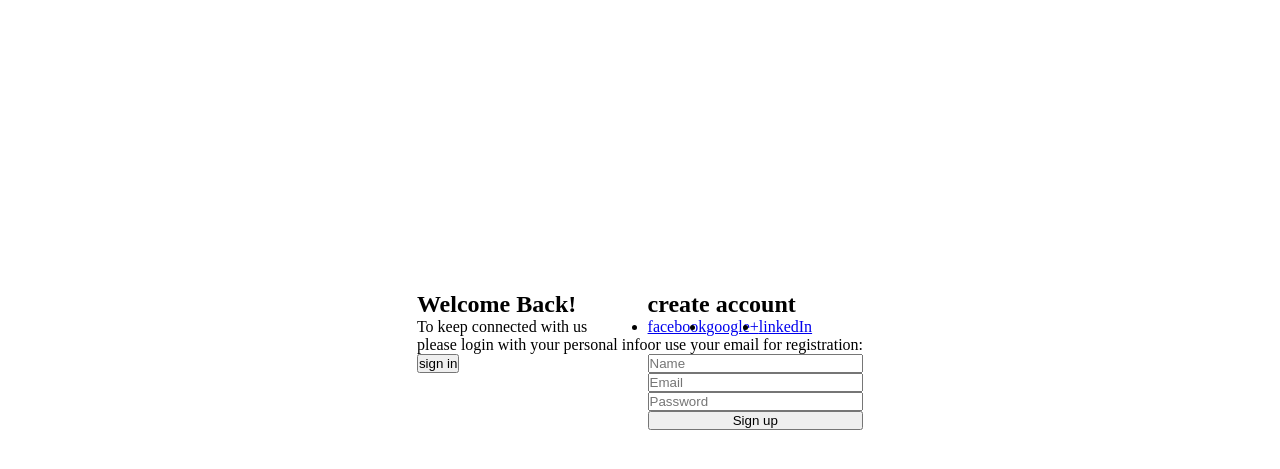
Repository: Gcodeco/ii9Telecom
Page: dist/public/login.html
An editor plug-in stored every save of this project. The page is shown before and after the next save, followed by the edit.
The browser window is 1280 px wide. The pictures show the whole page.

Above is the page before, as saved 2024-10-29 22:07:29.

After the next save:
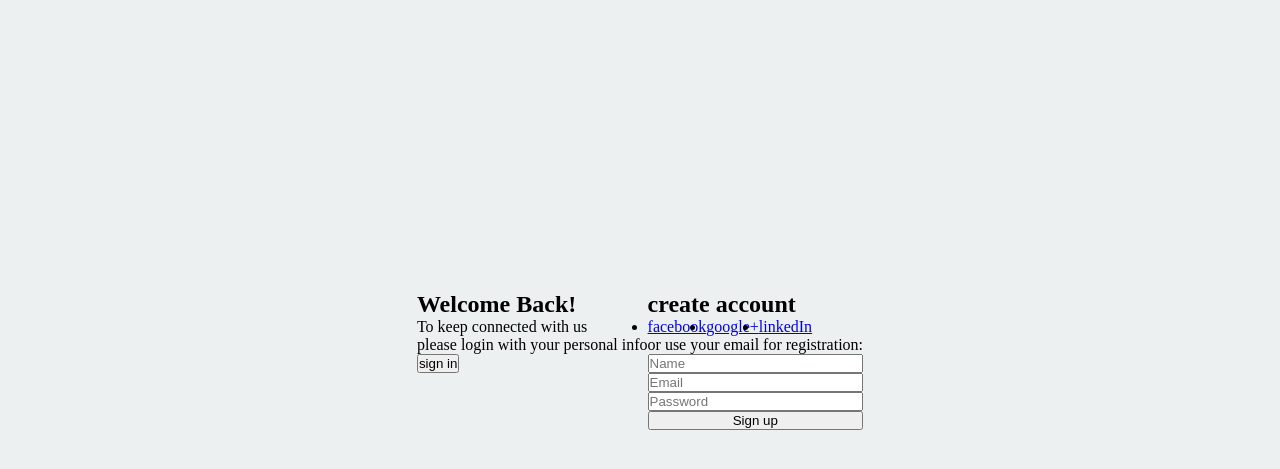
Saved 32 s later.
--- a/dist/public/css/style.css
+++ b/dist/public/css/style.css
@@ -10,6 +10,7 @@
     justify-content: center;
     align-items: center;
     height: 100vh;
+    background-color: #ecf0f1;
 }
 
 .content{
